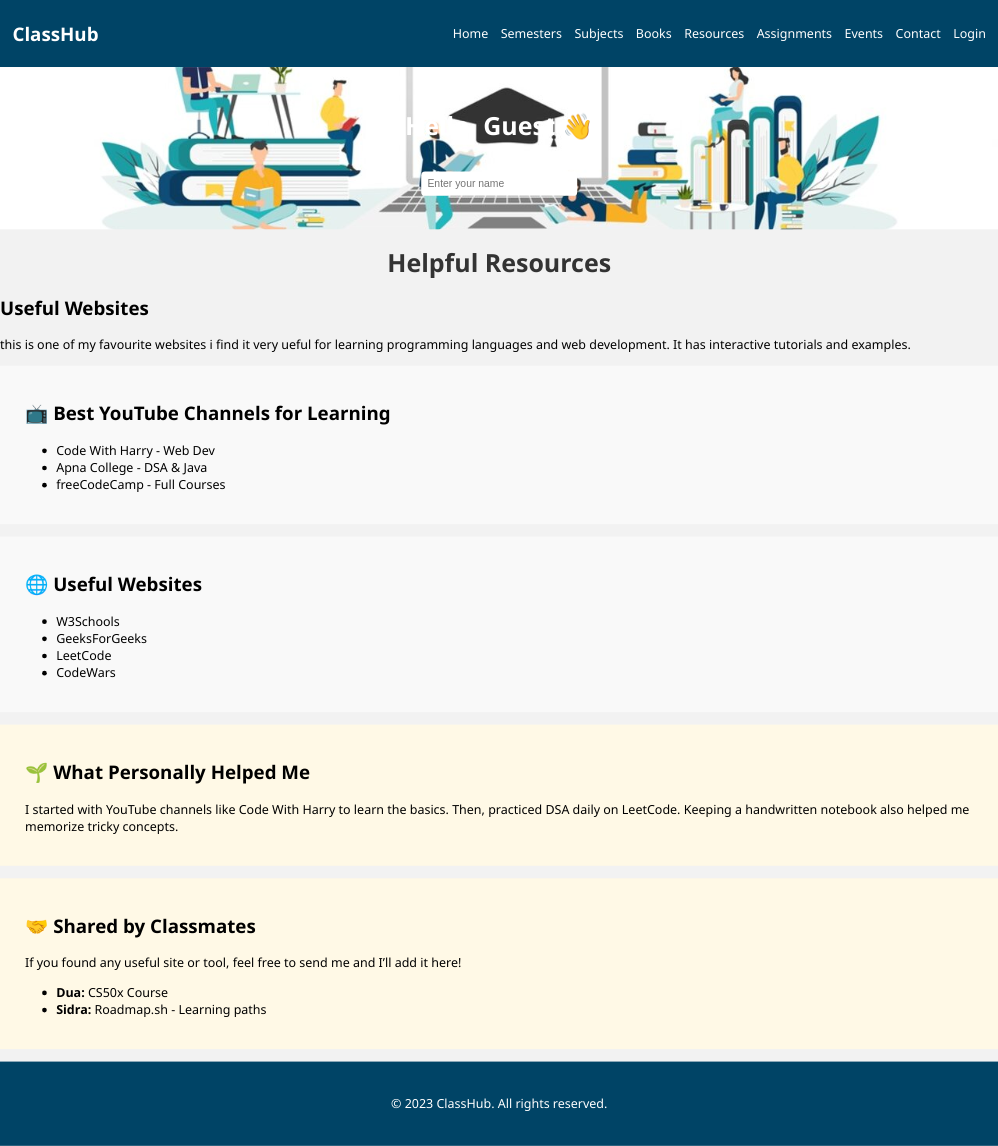
Repository: MariamSawera/eduNova
Page: resources.html
The author's editor kept a copy of each file at every save. The page is drawn from the files as they stood at one save, then again after a run of saves.
The browser window is 1280 px wide. The pictures show the whole page, at 78% of full size.

Above is the page before, as saved 2025-07-23 23:54:11.

### resources.html
<html>
<head>
    <title>Resources</title>
    <meta charset="UTF-8">
    <meta name="viewport" content="width=device-width, initial-scale=1.0">
    <link rel="stylesheet" href="styles.css">
    <script src="script.js"></script>
</head>
<body>
    <nav>
        <div class="logo">ClassHub</div>
        <ul>
        <li><a href="index.html">Home</a></li>
        <li><a href="index.html#semester">Semesters</a></li>
        <li><a href="subjects.html">Subjects</a></li>
        <li><a href="books.html">Books</a></li>
        <li><a href="resources.html">Resources</a></li>
        <li><a href="assignments.html">Assignments</a></li>
        <li><a href="events.html">Events</a></li>
        <li><a href="contact.html">Contact</a></li>
        <li><a href="login.html">Login</a></li>
        </ul>
    </nav>

    <!-- Hero Section -->
    <div class="hero">
      <h1 id="welcome">Hello, Guest 👋</h1>
      <input
        type="text"
        id="nameInput"
        placeholder="Enter your name"
        oninput="updateName()"
      />
    </div>

    <h1 class="heading">Helpful Resources</h1>


    <div class="box">

      <h2>Useful Websites </h2>
      <p>
        this is one of my favourite websites i find it very ueful for learning
        programming languages and web development. It has interactive tutorials and examples.
      </p>
      <a href=""> </a>

    </div>




      <section class="resources-section">
    <h2>📺 Best YouTube Channels for Learning</h2>
    <ul>
      <li><a href="https://youtube.com/CodeWithHarry" target="_blank">Code With Harry - Web Dev</a></li>
      <li><a href="https://youtube.com/ApnaCollegeOfficial" target="_blank">Apna College - DSA & Java</a></li>
      <li><a href="https://youtube.com/FreeCodeCamp" target="_blank">freeCodeCamp - Full Courses</a></li>
    </ul>
  </section>

  <!-- Websites -->
  <section class="resources-section">
    <h2>🌐 Useful Websites</h2>
    <ul>
      <li><a href="https://www.w3schools.com/" target="_blank">W3Schools</a></li>
      <li><a href="https://www.geeksforgeeks.org/" target="_blank">GeeksForGeeks</a></li>
      <li><a href="https://leetcode.com/" target="_blank">LeetCode</a></li>
      <li><a href="https://www.codewars.com/" target="_blank">CodeWars</a></li>
    </ul>
  </section>

  <!-- What Helped Me -->
  <section class="my-tips">
    <h2>🌱 What Personally Helped Me</h2>
    <p>I started with YouTube channels like Code With Harry to learn the basics. Then, practiced DSA daily on LeetCode. Keeping a handwritten notebook also helped me memorize tricky concepts.</p>
  </section>

  <!-- Classmate Contributions -->
  <section class="classmate-tips">
    <h2>🤝 Shared by Classmates</h2>
    <p>If you found any useful site or tool, feel free to send me and I’ll add it here!</p>

    <ul>
      <li><strong>Dua:</strong> <a href="https://cs50.harvard.edu/x/" target="_blank">CS50x Course</a></li>
      <li><strong>Sidra:</strong> <a href="https://roadmap.sh/" target="_blank">Roadmap.sh - Learning paths</a></li>
    </ul>
  </section>







    </div>

    <!-- Footer -->
    <footer class="footer">
        <p>&copy; 2023 ClassHub. All rights reserved.</p>
    </footer>

</body>
</html>

### styles.css
html {
  scroll-behavior: smooth;
}

body {
  margin: 0;
  font-family: "Segoe UI", sans-serif;
  background: #f2f2f2;
  /* background-color: #B3DDF0; */
}

nav {
  background-color: #004466;
  color: white;
  padding: 1rem;
  display: flex;
  justify-content: space-between;
  align-items: center;
}

nav .logo {
  font-size: 1.5rem;
  font-weight: bold;
}

a {
  text-decoration: none;
  color: inherit;
}

nav ul {
  list-style: none;
  display: flex;
  gap: 1rem;
}

nav ul li {
  display: inline;
}

nav ul li a {
  color: white;
  text-decoration: none;
}

.hero {
  /* background: linear-gradient(to right, #00aaff, #00ffcc); */
  background-image: url("./images/banner.jpg");
  background-position: center;
  color: white;
  padding: 2rem;
  text-align: center;
  height: 20vh;
}

.hero input {
  padding: 0.5rem;
  border: none;
  border-radius: 5px;
  margin-top: 1rem;
  width: 200px;
}

.dashboard {
  display: grid;
  grid-template-columns: 1fr 1fr 1fr;
  gap: 1rem;
  padding: 2rem;
}

.card {
  background: white;
  padding: 1rem;
  border-radius: 10px;
  box-shadow: 0 2px 5px rgba(0, 0, 0, 0.1);
}

.quick-links {
  padding: 2rem;
  display: grid;
  grid-template-columns: repeat(3, minmax(150px, 1fr));
  gap: 1rem;
}

.link-card {
  display: flex;
  justify-content: center;
  align-items: center;
  font-size: 30px;
  color: white;
}

.quick-links .link-card {
  background: white;
  text-align: center;
  padding: 1rem;
  border-radius: 10px;
  box-shadow: 0 2px 5px rgba(0, 0, 0, 0.1);
  height: 80px;
}

.footer {
  background-color: #004466;
  display: flex;
  justify-content: center;
  align-items: center;
  color: white;
  height: 15vh;
}

.heading {
  color: #333;
  margin-bottom: 1rem;
  text-align: center;
  font-size: 2rem;
}

/* books.html */
.book-container {
  display: flex;
  justify-content: center;
  text-align: center;
  gap: 1rem;
  padding: 2rem;
  flex-wrap: wrap;
}

.book-card {
  background: white;
  width: 20%;
  padding: 1rem;
  border-radius: 8px;
  box-shadow: 0 2px 5px rgba(0, 0, 0, 0.1);
  text-align: center;
}

.book-card img {
  max-width: 100%;
  height: 40vh;
  border-radius: 5px;
  object-fit: cover;
}

.info {
  padding: 1rem;
  text-align: center;
}

.info h3 {
  margin: 0.5rem 0;
  font-size: 1.1rem;
  color: #222;
}

.info p {
  font-size: 0.9rem;
  color: #555;
}

.info a {
  display: inline-block;
  margin-top: 0.7rem;
  padding: 0.5rem 1rem;
  background: #0077cc;
  color: white;
  text-decoration: none;
  border-radius: 5px;
}

.info a:hover {
  background: #005fa3;
}

/* subjects.html */
.instructor-container {
  display: flex;
  justify-content: center;
  align-items: center;
  flex-wrap: wrap;
  gap: 2rem;
  margin: 30px;
}

.instructor-card {
  background-color: white;
  padding: 25px;
  /* margin: 12px; */
  display: inline-block;
  width: 20%;
  height: auto;
  flex-direction: column;
  align-items: center;
  text-align: center;
  border-radius: 30px;
  margin-bottom: 1rem;
  box-shadow: 0px 4px 10px rgba(0, 0, 0, 0.1);
}

.instructor-card img {
  border-radius: 50%;
  object-fit: cover;
}

.instructor-card h3 {
  margin: 8px 0;
}

.difficulty {
  font-size: 15px;
  font-weight: bold;
  color: black;
  background-color: rgb(214, 211, 0);
  padding: 4px 10px;
  border-radius: 5px;
  width: 40pxpx;
  display: inline-block;
}

.resources {
  margin-top: 10px;
}

.resources a {
  /* background-color: rgb(73, 73, 192);
  margin: 7px;
  color: white;
  padding: 6px 12px;
  border-radius: 10px;
  font-size: 15px;
  display: inline-block; */
  display: inline-block;
  margin-top: 0.7rem;
  padding: 0.5rem 1rem;
  background: #0077cc;
  color: white;
  text-decoration: none;
  border-radius: 5px;

}

.resources a:hover {
  background-color: blueviolet;
}

/* resources.html */

.resources-section {
  padding: 1.5rem 2rem;
  background-color: #f9f9f9;
  margin-bottom: 1rem;
}

.my-tips, .classmate-tips {
  padding: 1.5rem 2rem;
  background-color: #fff9e6;
  margin-bottom: 1rem;
}

### script.js
function updateName() {
      const name = document.getElementById('nameInput').value;
      const welcome = document.getElementById('welcome');
      if(name.trim()) {
        welcome.textContent = `Hello, ${name}! 👋`;
      } else {
        welcome.textContent = `Hello, Guest 👋`;
      }
    }

After the next 3 saves:
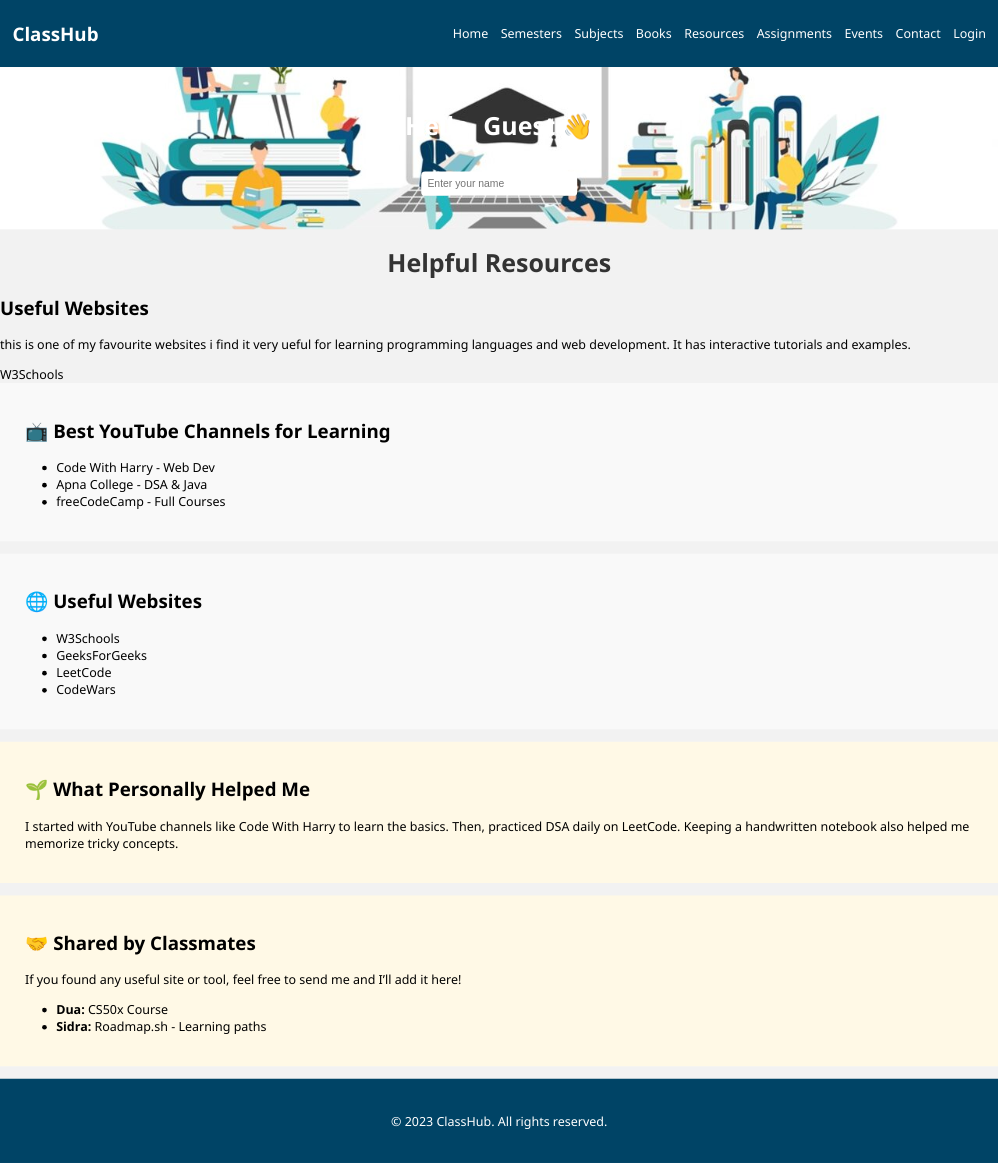
The 3 saves are shown as one change because they came seconds apart.
The last was saved 35 s later.
--- a/resources.html
+++ b/resources.html
@@ -43,8 +43,7 @@
         this is one of my favourite websites i find it very ueful for learning
         programming languages and web development. It has interactive tutorials and examples.
       </p>
-      <a href=""> </a>
-
+        <a href="https://www.w3schools.com/" target="_blank">W3Schools</a>
     </div>
 
 
